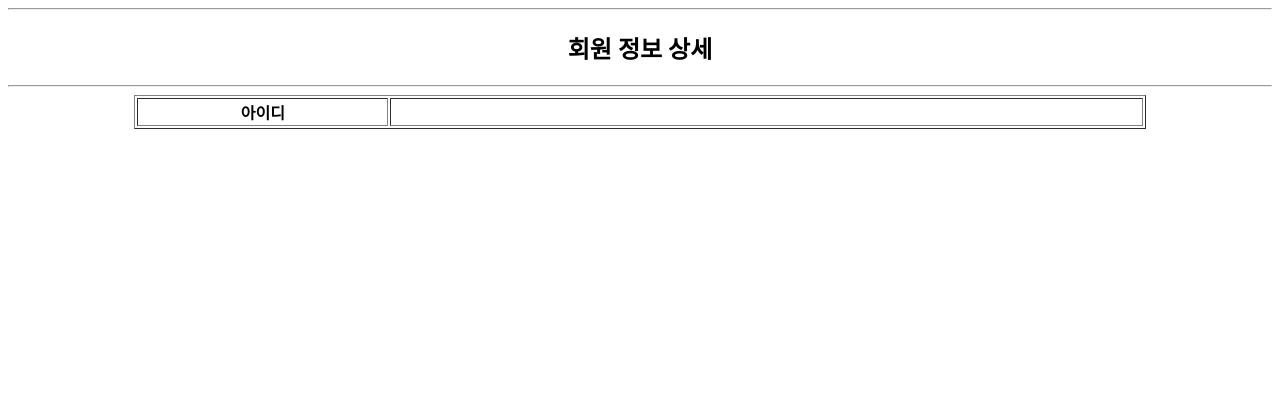
Repository: sunnny10/web-workspace
Page: http://localhost/Mission-Web/jsp/member/memberDetail.jsp
The author's editor kept a copy of each file at every save. The page is drawn from the files as they stood at one save, then again after the next save.
The browser window is 1280 px wide. The pictures show the whole page.
The page is served by Tomcat 9. Queries for data that is not in the repository find no rows.

Above is the page before, as saved 2022-06-09 06:09:11.

After the next save:
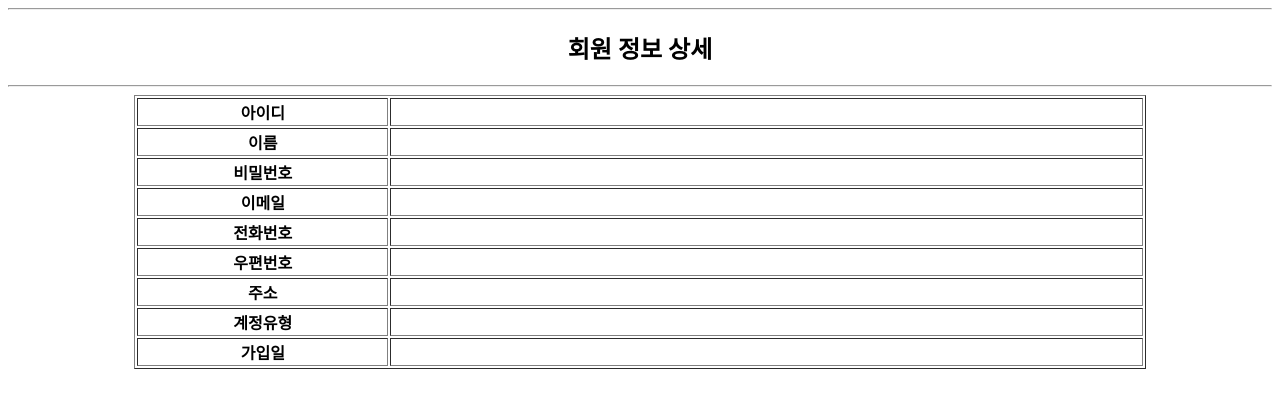
Saved 4 min 42 s later.
--- a/Mission-Web/src/main/webapp/jsp/member/memberDetail.jsp
+++ b/Mission-Web/src/main/webapp/jsp/member/memberDetail.jsp
@@ -28,6 +28,38 @@
 				<th width="25%">아이디</th>
 				<td>${ member.id }</td>
 			</tr>
+			<tr>
+				<th width="25%">이름</th>
+				<td>${ member.name }</td>
+			</tr>
+			<tr>
+				<th width="25%">비밀번호</th>
+				<td>${ member.password }</td>
+			</tr>
+			<tr>
+				<th width="25%">이메일</th>
+				<td>${ member.email }</td>
+			</tr>
+			<tr>
+				<th width="25%">전화번호</th>
+				<td>${ member.tel }</td>
+			</tr>
+			<tr>
+				<th width="25%">우편번호</th>
+				<td>${ member.post }</td>
+			</tr>
+			<tr>
+				<th width="25%">주소</th>
+				<td>${ member.addr }</td>
+			</tr>
+			<tr>
+				<th width="25%">계정유형</th>
+				<td>${ member.type }</td>
+			</tr>
+			<tr>
+				<th width="25%">가입일</th>
+				<td>${ member.regDate }</td>
+			</tr>
 		</table>
 	</div>
 </body>
